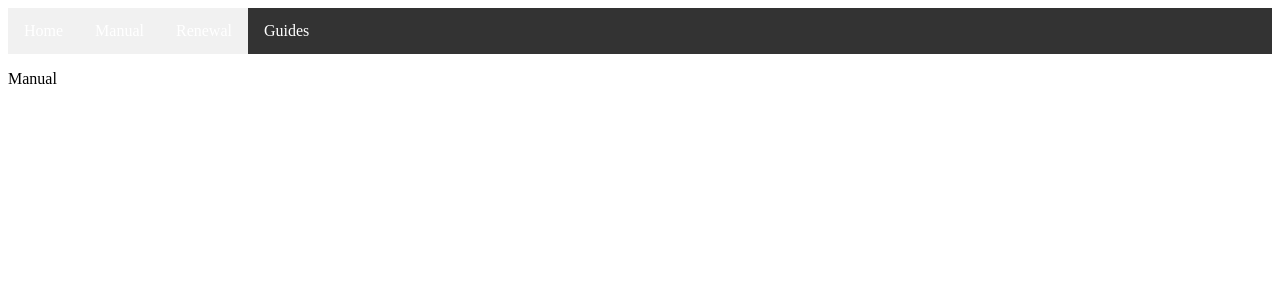
Repository: muesinga/ticketoffice-dot-info
Page: guides/manual.html
The author's editor kept a copy of each file at every save. The page is drawn from the files as they stood at one save, then again after a run of saves.
The browser window is 1280 px wide. The pictures show the whole page.

Above is the page before, as saved 2022-06-07 10:45:48.
Console error: TypeError: Cannot read properties of null (reading 'getElementsByClassName')

### guides/manual.html
<!DOCTYPE html>
<html>
<head>
    <link rel="stylesheet" href="/style/style.css">
    <link rel="import" href="/components/nav.html">
    <script src="/src/nav.js" deferd></script>
    <script src="/src/index.js" defer></script>
</head>
<body>
    <script id="replace_with_navbar" src="index.js"></script>
<p>
    Manual
</p>

</body>
</html>

### style/style.css
  #navlink-container {
    list-style-type: none;
    margin: 0;
    padding: 0;
    overflow: hidden;
    background-color: #333;
  }
  .navlink {
    border: none;
    outline: none;
    padding: 14px 16px;
    background-color: #f1f1f1;
    cursor: pointer;
    text-decoration: none;
    display: block;
    color: white;
    float: left;
  }

  .active, .navlink:hover {
    background-color: #666;
    color: white;
  }

  li a, .dropbtn {
    display: inline-block;
    color: white;
    text-align: center;
    padding: 14px 16px;
    text-decoration: none;
  }

  li a:hover, .dropdown:hover .dropbtn {
    background-color: red;
  }


  li.dropdown {
    display: inline-block;
  }

  .dropdown-content {
    display: none;
    position: absolute;
    background-color: #f9f9f9;
    min-width: 160px;
    box-shadow: 0px 8px 16px 0px rgba(0,0,0,0.2);
    z-index: 1;
  }

  .dropdown-content a {
    color: black;
    padding: 12px 16px;
    text-decoration: none;
    display: block;
    text-align: left;
  }

  .dropdown-content a:hover {background-color: #f1f1f1;}

  .dropdown:hover .dropdown-content {
    display: block;
  }

### src/nav.js
fetch('/components/nav.html')
.then(res => res.text())
.then(text => {
    let oldelem = document.querySelector("script#replace_with_navbar");
    let newelem = document.createElement("div");
    newelem.innerHTML = text;
    oldelem.parentNode.replaceChild(newelem,oldelem);
})

### src/index.js
var navlinkContainer = document.getElementById("navlink-container")
var navlinks = navlinkContainer.getElementsByClassName("navlink")


for (var i = 0; i < navlinks.length; i++) {
    navlinks[i].addEventListener("click", function() {
        var current = document.getElementsByClassName("active");
        current[0].className = current[0].className,replace("active", "");
        this.className += "active";
    });
}

### components/nav.html
<nav>
    <ul id="navlink-container">
        <li><a class="navlink" href="../index.html">Home</a></li>
        <li><a class="navlink" href="../guides/manual.html">Manual</a></li>
        <li><a class="navlink" href="../guides/renewal.html">Renewal</a></li>
        <li class="dropdown">
            <a href="javascript:void(0)" class="dropbtn">Guides</a>
            <div class="dropdown-content">
                <a href="#">1</a>
                <a href="#">2</a>
                <a href="#">3</a>
            </div>
        </li>
    </ul>
</nav>

After the next 2 saves:
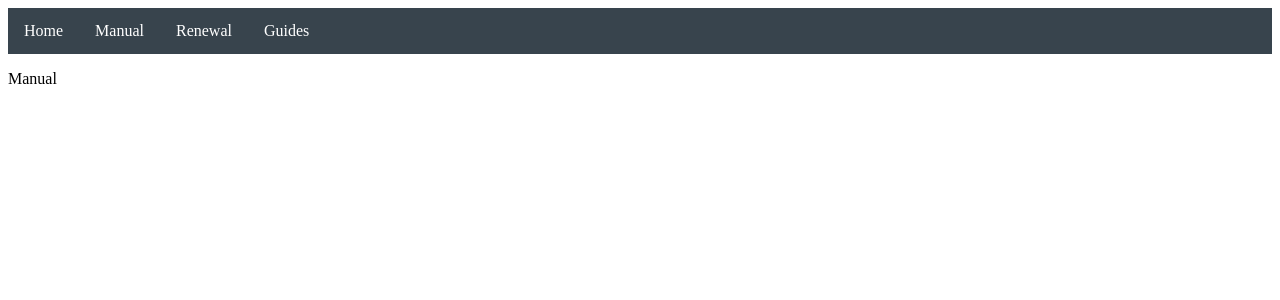
The 2 saves are shown as one change because they came seconds apart.
The last was saved 52 s later.
--- a/style/style.css
+++ b/style/style.css
@@ -1,4 +1,4 @@
-  #navlink-container {
+  /* #navlink-container {
     list-style-type: none;
     margin: 0;
     padding: 0;
@@ -14,6 +14,21 @@
     text-decoration: none;
     display: block;
     color: white;
+    float: left;
+  } */
+
+  body {
+    background-color:white;
+  }
+  ul {
+    list-style-type: none;
+    margin: 0;
+    padding: 0;
+    overflow: hidden;
+    background-color: #38444d;
+  }
+
+  li {
     float: left;
   }
 

After the 3 saves that followed:
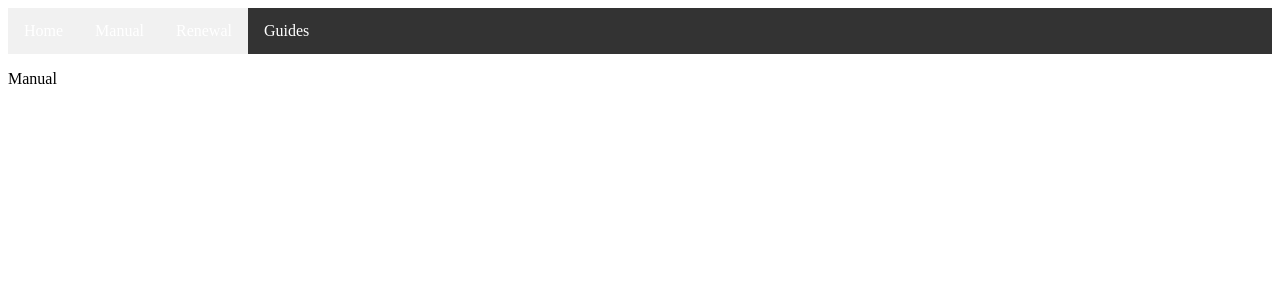
The 3 saves are shown as one change because 1 left the picture as it was and some came seconds apart.
The last was saved 32 s later.
--- a/style/style.css
+++ b/style/style.css
@@ -1,4 +1,4 @@
-  /* #navlink-container {
+  #navlink-container {
     list-style-type: none;
     margin: 0;
     padding: 0;
@@ -15,7 +15,7 @@
     display: block;
     color: white;
     float: left;
-  } */
+  }
 
   body {
     background-color:white;
